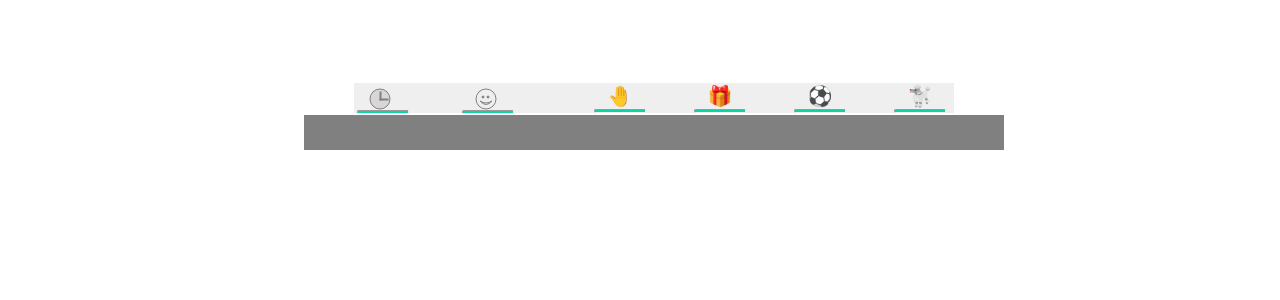
Repository: Gaj123-coder/emoji-search-app
Page: /
An editor plug-in stored every save of this project. The page is shown before and after the next save, followed by the edit.
The browser window is 1280 px wide. The pictures show the whole page.
The project was rebuilt for these pictures with package versions that can differ from the ones it lists, and the page was loaded fresh each time.

Above is the page before, as saved 2021-10-31 11:56:58.

After the next save:
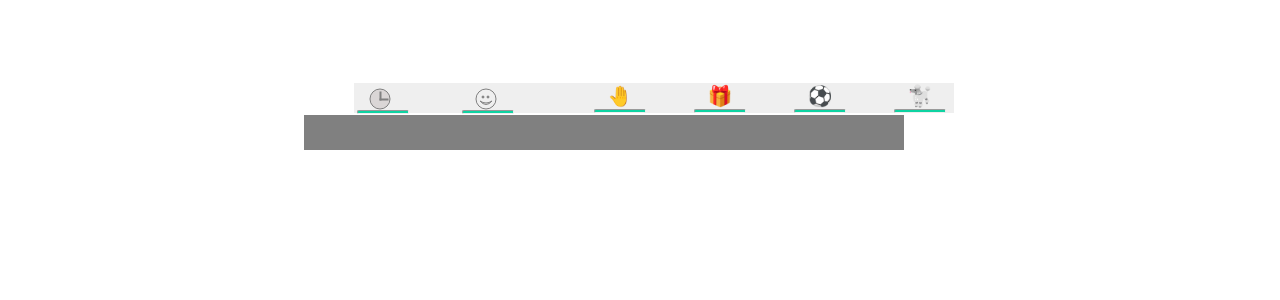
Saved 2 min 28 s later.
--- a/src/Components/Result/res.module.css
+++ b/src/Components/Result/res.module.css
@@ -1,5 +1,5 @@
 .emoji{
-    width: 700px;
+    width: 600px;
     height:35px;
     position: relative;
     left:19rem;
